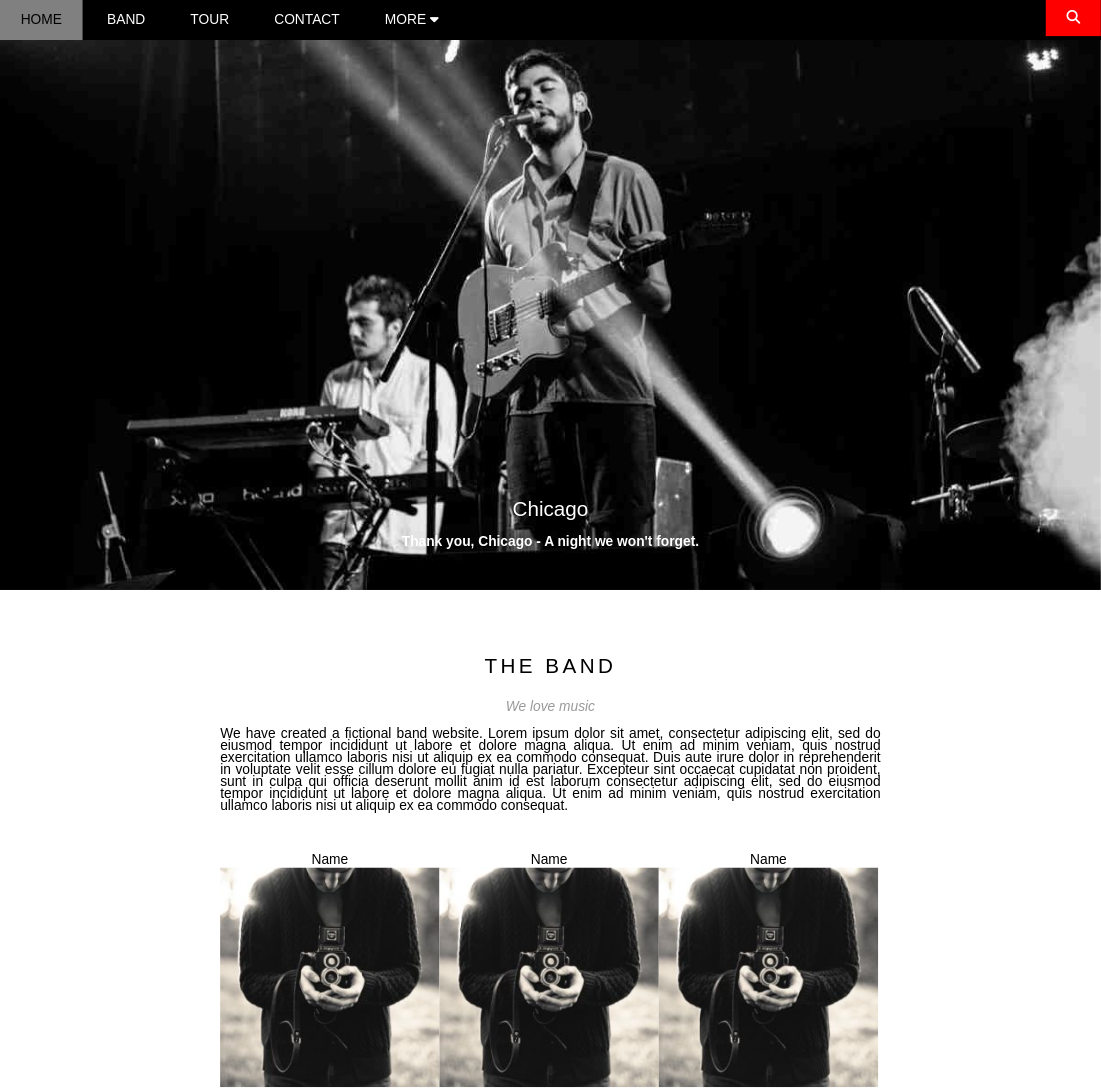
Repository: ngotranphuongbao/theband
Page: index.html
The author's editor kept a copy of each file at every save. The page is drawn from the files as they stood at one save, then again after the next save.
The browser window is 1280 px wide. The pictures show the whole page, at 86% of full size.
Some web libraries are served in a nearby version.

Above is the page before, as saved 2022-12-21 19:46:20.

After the next save:
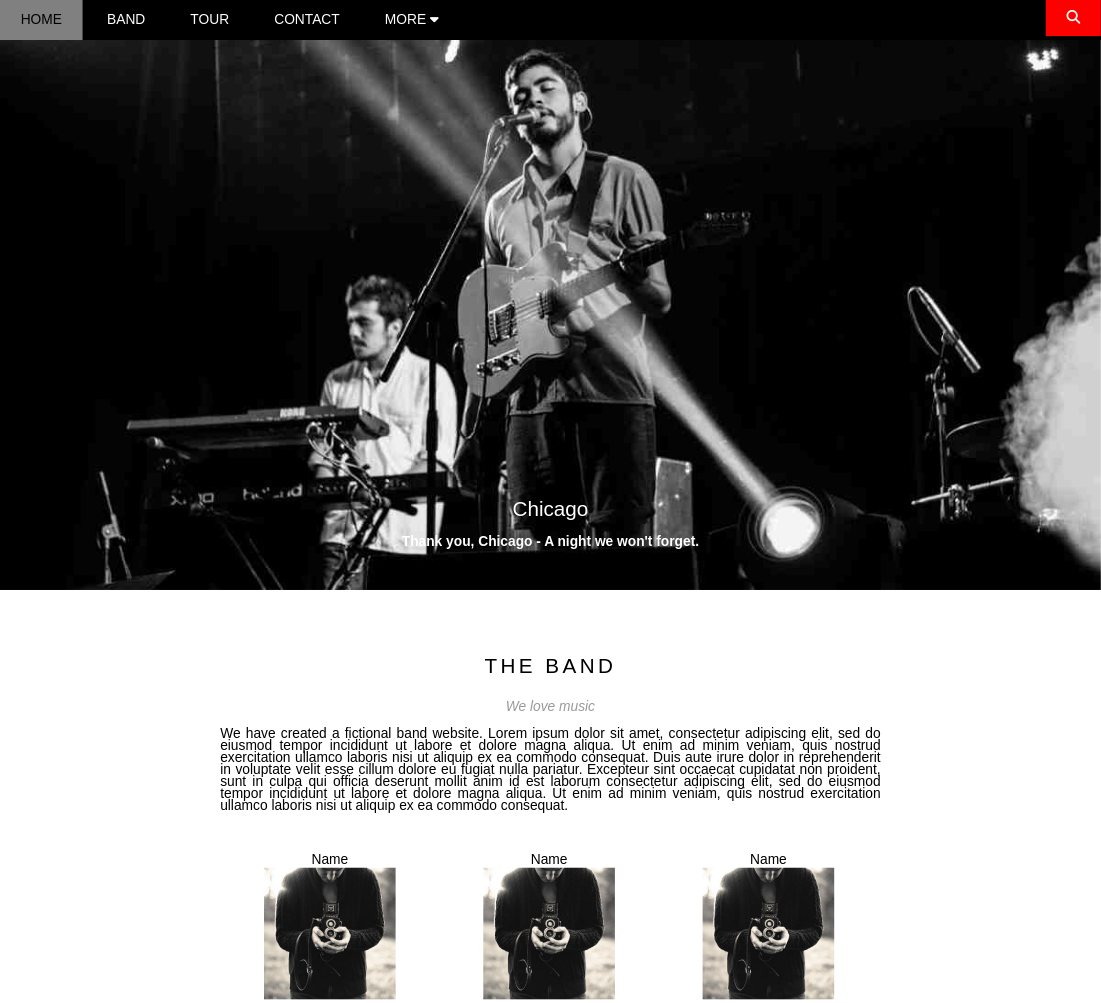
Saved 21 s later.
--- a/assets/css/style.css
+++ b/assets/css/style.css
@@ -155,7 +155,7 @@ html {
     margin-top: 47px;
 }
 .member-photo {
-    width: 60%:
+    width: 60%;
 }
 
 #tour-dates {
